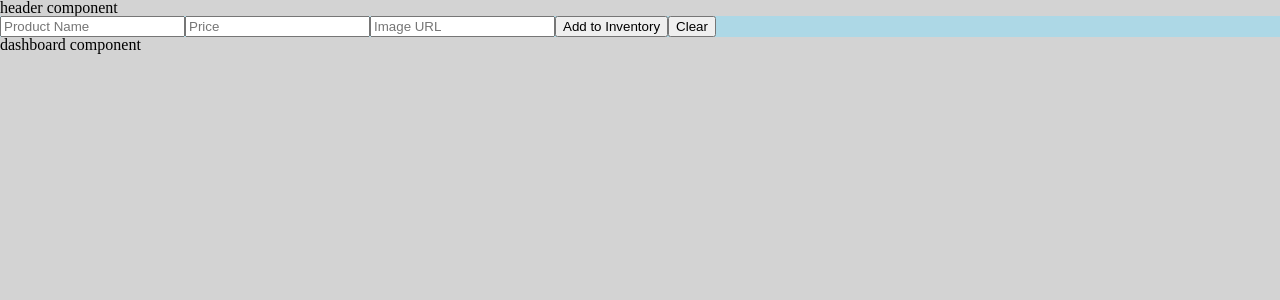
Repository: ooter37/shelfie
Page: /
The author's editor kept a copy of each file at every save. The page is drawn from the files as they stood at one save, then again after the next save.
The browser window is 1280 px wide. The pictures show the whole page.
The page's requests for data from a server got no answer. The project was rebuilt for these pictures with package versions that can differ from the ones it lists, and the page was loaded fresh each time. No one was signed in, and anything a server would have sent is missing. Also part of the build but not shown: src/Components/Product/Product.js.

Above is the page before, as saved 2020-04-03 17:56:06.

### src/App.js
import React from 'react';
import axios from 'axios';
import './reset.css'
import './App.css';
import Header from './Components/Header/Header'
import Dashboard from './Components/Dashboard/Dashboard'
import Form from './Components/Form/Form'

export default class App extends React.Component {
  constructor() {
    super()
    this.state = {
      inventory: [],
      selected: null
    }
    this.getInventory = this.getInventory.bind(this)
    this.setSelected = this.setSelected.bind(this)
  }

  componentDidMount() {
    this.getInventory()
  }
  getInventory() {
    axios.get('/api/inventory').then(res => {
      this.setState({
        inventory: res.data
      })
      }).catch(err => console.log(err))
  }

  setSelected(edit) {
    this.setState({
      selected: edit
    })
  }

  render() {
  return (
    <div className="App">
      <Header/>
      <div className='dashboard-and-form'>
        <Form
          getInventory={this.getInventory}
          selected={this.state.selected}
          />
        <Dashboard
        inventory={this.state.inventory}
        getInventory={this.getInventory}
        setSelected={this.setSelected}
        />
      </div>
    </div>
  );
  }
}

### src/App.css
.App {
  height: 100vh;
  width: 100vw;
  background-color: lightgrey;
}

.form-component {
  background-color: lightblue;
}

.product-component {
  background-color: lightgreen;
}

### src/Components/Header/Header.js
import React from 'react'

export default class Header extends React.Component {
    // constructor() {
    //     super()
    // }
    render() {
        return (
            <div>header component</div>
        )
    }
}

### src/Components/Dashboard/Dashboard.js
import React from 'react'
import Product from '../Product/Product'
import axios from 'axios'

export default class Dashboard extends React.Component {
    // eslint-disable-next-line
    constructor(props) {
        super(props)
        this.deleteProduct = this.deleteProduct.bind(this)
    }

deleteProduct(id) {
    axios.delete(`/api/delete/${id}`).then (res => {
        this.props.getInventory()
    })
}

    render() {
        // console.log(this.props.inventory)
        const mappedInventory = this.props.inventory.map(elem => {
            return (
                <div key={elem.id}>
                <Product
                    product={elem.name}
                    price={elem.price}
                    img={elem.img}
                    deleteProduct={this.deleteProduct}
                    id={elem.id}
                    setSelected={this.props.setSelected}
                />
                </div>
            )
        })
        return (
            <div>
                dashboard component
                {mappedInventory}

            </div>
        )
    }
}

### src/Components/Form/Form.js
import React from 'react'
import axios from 'axios'

export default class Form extends React.Component {
    constructor(props) {
        super(props)
        this.state = {
            name: '',
            price: '',
            img: '',

            add: true,
            edit: false
        }
        this.nameChangeHandler = this.nameChangeHandler.bind(this)
        this.priceChangeHandler = this.priceChangeHandler.bind(this)
        this.imgChangeHandler = this.imgChangeHandler.bind(this)
        this.resetButton = this.resetButton.bind(this)
        this.addProduct = this.addProduct.bind(this)
        this.getProduct = this.getProduct.bind(this)
        this.updateProduct = this.updateProduct.bind(this)
    }

    componentDidUpdate(oldProps, oldState) {
        if (oldProps !== this.props) {
            this.getProduct(this.props.selected)
        }
    }

    getProduct(id) {
        axios.get(`/api/current/${id}`).then (res => {
            this.setState({
                name: res.data[0].name,
                price: res.data[0].price,
                img: res.data[0].img,

                add: false,
                edit: true
            })
        })
    }
    updateProduct(id) {
        axios.put(`/api/update/${id}`, {
            name: this.state.name,
            price: this.state.price,
            image: this.state.img
        }).then (res => {
            this.props.getInventory()
        })
    }
    addProduct() {
        axios.post('/api/product', {
            name: this.state.name,
            price: this.state.price,
            image: this.state.img
        }).then(res => {
            this.props.getInventory()
            this.resetButton()
        })
    }

    nameChangeHandler(e) {
        this.setState({
            name: e.target.value
        })
    }
    priceChangeHandler(e) {
        this.setState({
            price: e.target.value
        })
    }
    imgChangeHandler(e) {
        this.setState({
            img: e.target.value
        })
    }
    resetButton() {
        this.setState({
            name: '',
            price: 0,
            img: ''
        })
    }

    render() {
        return (
            <div className='form-component'>
                <input
                    name='productName'
                    value={this.state.name}
                    onChange={e => this.nameChangeHandler(e)}
                    placeholder='Product Name'
                    ></input>
                <input
                    name='producePrice'
                    value={this.state.price}
                    onChange={e => this.priceChangeHandler(e)}
                    placeholder='Price'
                ></input>
                <input
                    name='productImage'
                    value={this.state.img}
                    onChange={e => this.imgChangeHandler(e)}
                    placeholder='Image URL'
                ></input>
                <button hidden={this.state.edit} onClick={this.addProduct}>Add to Inventory</button>
                <button hidden={this.state.add} onClick={this.updateProduct(this.state.id)}>Save Changes</button>
                <button
                    onClick={this.resetButton}
                >Clear</button>
            </div>
        )
    }
}

Loaded but not shown: public/index.html (common file); src/index.js (common file); src/index.css (common file); src/serviceWorker.js (common file); src/reset.css (common file)

After the next save:
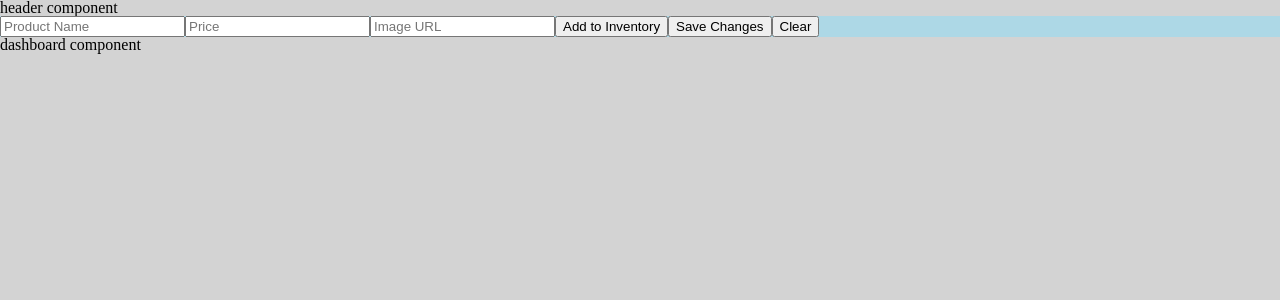
Saved 9 min 32 s later.
--- a/src/Components/Form/Form.js
+++ b/src/Components/Form/Form.js
@@ -8,9 +8,7 @@ export default class Form extends React.Component {
             name: '',
             price: '',
             img: '',
-
-            add: true,
-            edit: false
+            id: 0
         }
         this.nameChangeHandler = this.nameChangeHandler.bind(this)
         this.priceChangeHandler = this.priceChangeHandler.bind(this)
@@ -103,8 +101,8 @@ export default class Form extends React.Component {
                     onChange={e => this.imgChangeHandler(e)}
                     placeholder='Image URL'
                 ></input>
-                <button hidden={this.state.edit} onClick={this.addProduct}>Add to Inventory</button>
-                <button hidden={this.state.add} onClick={this.updateProduct(this.state.id)}>Save Changes</button>
+                <button onClick={this.addProduct}>Add to Inventory</button>
+                <button onClick={this.updateProduct(this.state.id)}>Save Changes</button>
                 <button
                     onClick={this.resetButton}
                 >Clear</button>
